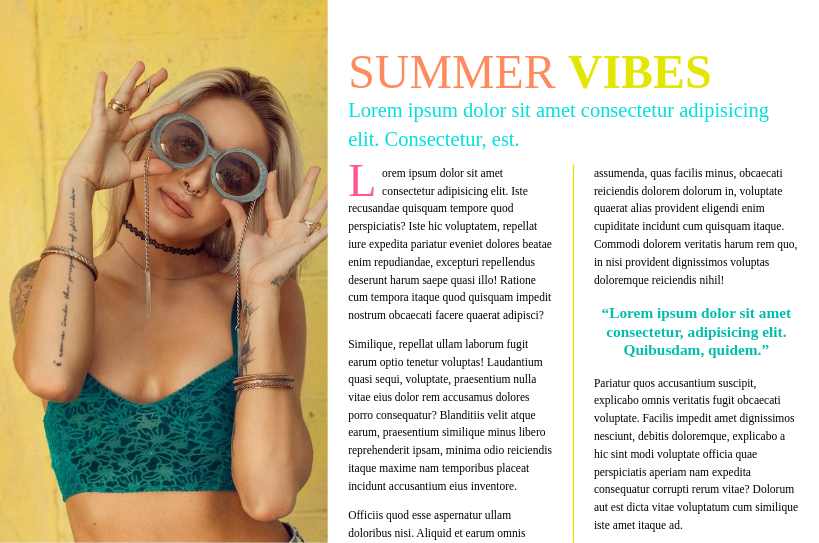
Repository: Philip-Rogers/magazine-spread
Page: index.html
These files come from the project's save history. The page is drawn as it stood at one moment and after the next save; the edit follows.
The browser window is 1280 px wide. The pictures show the whole page, at 64% of full size.

Above is the page before, as saved 2023-01-24 07:27:54.

### index.html
<!DOCTYPE html>
<html lang="en">
    <head>
        <meta charset="utf-8">
        <meta name="viewport" content="width=device-width, initial-scale=1">
        <title>Magazine Spread</title>
        <link rel="preconnect" href="https://fonts.googleapis.com">
        <link rel="preconnect" href="https://fonts.gstatic.com" crossorigin>
        <link href="https://fonts.googleapis.com/css2?family=Heebo:wght@100..900&family=Oswald:wght@200..700&display=swap" rel="stylesheet">
        <link href="style.css" rel="stylesheet">
    </head>
    <body>
        <main>
            <article class="flow">

                <img src="images/yellow.jpg" alt="image" class="article-main-image">
                <h1><span>Summer&nbsp;</span>Vibes</h1>
                <p class="lead">Lorem ipsum dolor sit amet consectetur adipisicing elit. Consectetur, est.</p>

                <div class="article-body">
                    <p>Lorem ipsum dolor sit amet consectetur adipisicing elit. Iste recusandae quisquam tempore quod perspiciatis? Iste hic voluptatem, repellat iure expedita pariatur eveniet dolores beatae enim repudiandae, excepturi repellendus deserunt harum saepe quasi illo! Ratione cum tempora itaque quod quisquam impedit nostrum obcaecati facere quaerat adipisci?</p>
                    <p>Similique, repellat ullam laborum fugit earum optio tenetur voluptas! Laudantium quasi sequi, voluptate, praesentium nulla vitae eius dolor rem accusamus dolores porro consequatur? Blanditiis velit atque earum, praesentium similique minus libero reprehenderit ipsam, minima odio reiciendis itaque maxime nam temporibus placeat incidunt accusantium eius inventore.</p>
                    <p>Officiis quod esse aspernatur ullam doloribus nisi. Aliquid et earum omnis assumenda, quas facilis minus, obcaecati reiciendis dolorem dolorum in, voluptate quaerat alias provident eligendi enim cupiditate incidunt cum quisquam itaque. Commodi dolorem veritatis harum rem quo, in nisi provident dignissimos voluptas doloremque reiciendis nihil!</p>
                    <blockquote>Lorem ipsum dolor sit amet consectetur, adipisicing elit. Quibusdam, quidem.</blockquote>
                    <p>Pariatur quos accusantium suscipit, explicabo omnis veritatis fugit obcaecati voluptate. Facilis impedit amet dignissimos nesciunt, debitis doloremque, explicabo a hic sint modi voluptate officia quae perspiciatis aperiam nam expedita consequatur corrupti rerum vitae? Dolorum aut est dicta vitae voluptatum cum similique iste amet itaque ad.</p>
                </div>

            </article>
        </main>
    </body>
</html>

### style.css
/* Global Styles */

:root {
    --ff-body: font-family: 'Heebo', sans-serif;
    --ff-heading: font-family: 'Oswald', sans-serif;

    --clr-primary-400: hsl(60, 100%, 50%);
    --clr-neutral-900: hsl(0, 0%, 0%);
    --clr-neutral-100: hsl(0, 0%, 100%);

    --fs-xl: clamp(3rem, 1rem + 4.6vw, 10rem);
    --fs-600: 2rem;
    --fs-500: 1.5rem;
    --fs-400: 1.125rem;
}

*,
*::before,
*::after {
    box-sizing: border-box;
}

body,
h1,
p,
blockquote {
    margin: 0;
    padding: 0;
}

/* Article Styles */

img {
    display: block;
    max-width: 100%;
}

.flow>*+* {
    margin-top: var(--flow-spacer, 1em);
    min-height: ;
}

.article-body>*+* {
    margin-top: var(--flow-spacer, 1em);
}

body {
    font-family: var(--ff-body);
    font-size: var(--fs-400);
    line-height: 1.54;
}

h1,
blockquote {
    --flow-spacer: 1em;
    font-family: var(--ff-heading);
    font-weight: 900;
}

h1 {
    font-size: var(--fs-xl);
    line-height: 1;
    text-transform: uppercase;
    color: hsl(61, 100%, 45%);
}

span {
    font-weight: 400;
    color: hsl(17, 98%, 68%);
}

.lead {
    --flow-spacer: 0;
    font-size: var(--fs-600);
    color: hsl(180, 99%, 44%);
    max-width: 50ch;
    line-height: 1.4;
}

blockquote {
    font-size: var(--fs-500);
    text-align: center;
    line-height: 1.2;
    margin-bottom: 1em;
    color: hsl(175, 100%, 37%);
}

blockquote::before {
    content: open-quote;
}

blockquote::after {
    content: close-quote;
}

article {
    display: grid;
}

article>*:not(img) {
    padding: 0 2rem;
}

.article-body {
    columns: 2 30ch;
    column-rule: 2px solid hsl(61, 100%, 45%);
    gap: 4rem;
    max-width: 100ch;
}

.article-body>p:first-child::first-letter {
    font-size: 4em;
    color: hsl(340, 100%, 67%);
    float: left;
    line-height: 0.7;
    padding-right: 0.7vw;
}

/* Media Queries */

@media (min-width: 50em) {
    article {
        grid-template-columns: min(40%, 40rem) 1fr;
    }

    article>img {
        grid-row: 1/4;
        height: 100%;
        object-fit: cover;
    }

    article>*:not(img) {
        grid-column: 2/-1;
    }
}

After the next save:
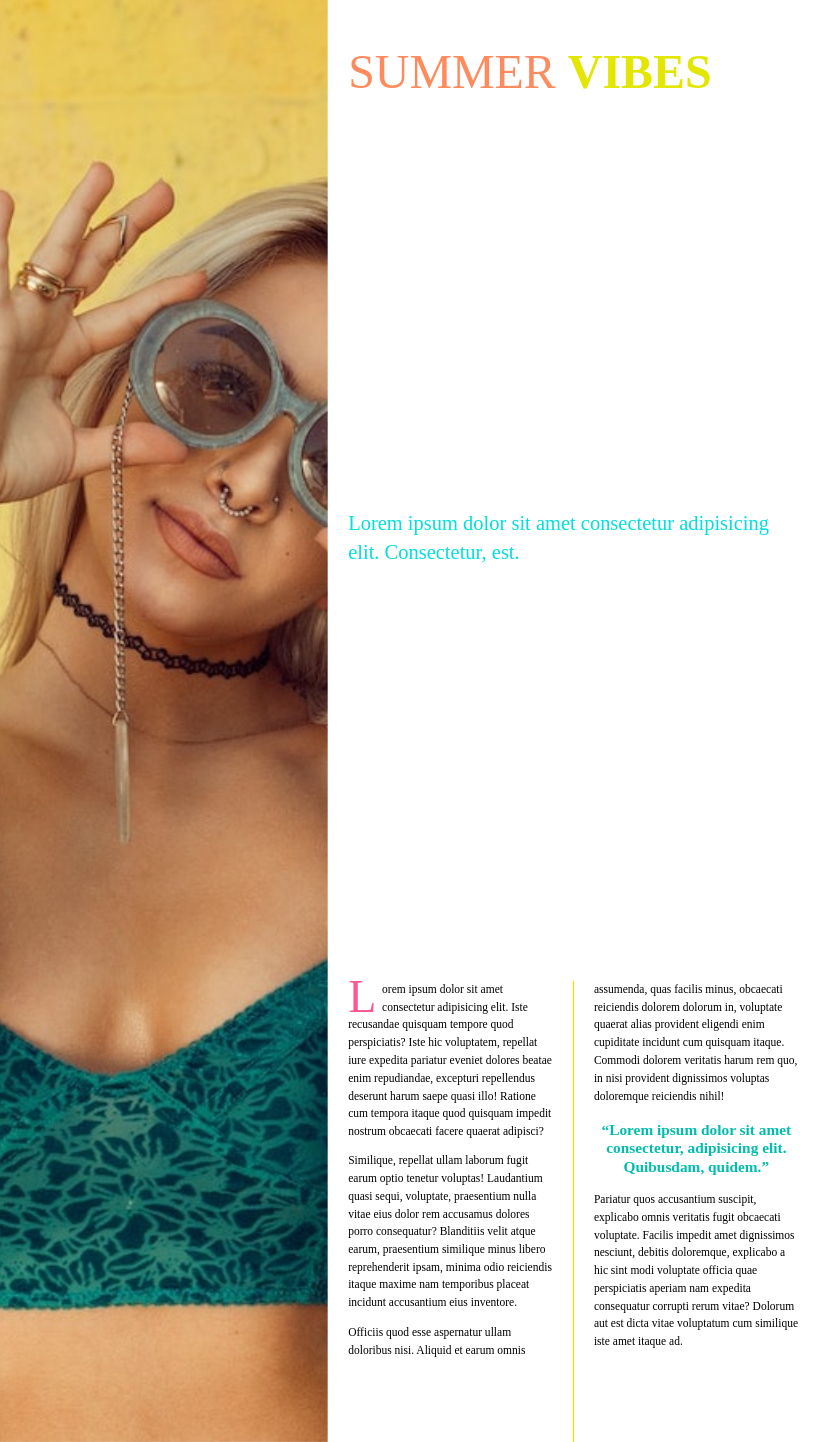
Saved 4 s later.
--- a/style.css
+++ b/style.css
@@ -37,7 +37,7 @@
 
 .flow>*+* {
     margin-top: var(--flow-spacer, 1em);
-    min-height: ;
+    min-height: 100vh;
 }
 
 .article-body>*+* {

After the save that followed:
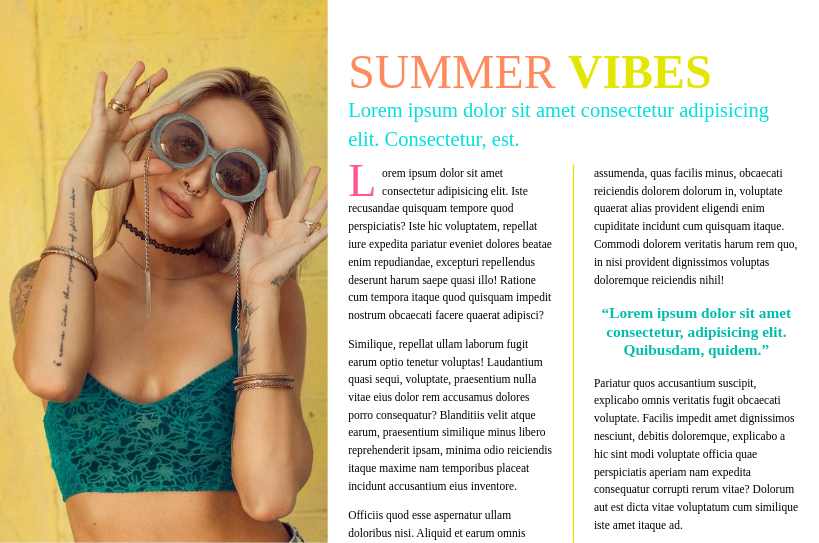
Saved 13 s later.
--- a/style.css
+++ b/style.css
@@ -37,7 +37,6 @@
 
 .flow>*+* {
     margin-top: var(--flow-spacer, 1em);
-    min-height: 100vh;
 }
 
 .article-body>*+* {
